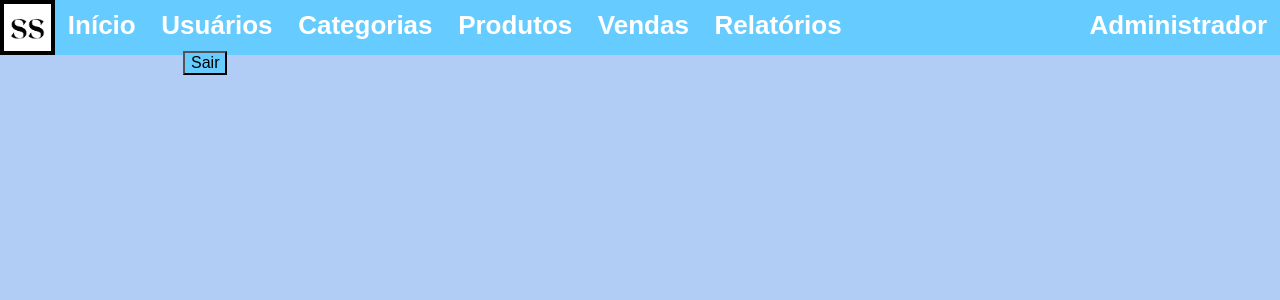
Repository: FaculdadeSenaiJoinville/PiMichelBaade
Page: ProjetoIndividual/WebContent/pages/admin/adminInicio.html
The author's editor kept a copy of each file at every save. The page is drawn from the files as they stood at one save, then again after the next save.
The browser window is 1280 px wide. The pictures show the whole page.

Above is the page before, as saved 2021-08-14 00:58:18.

After the next save:
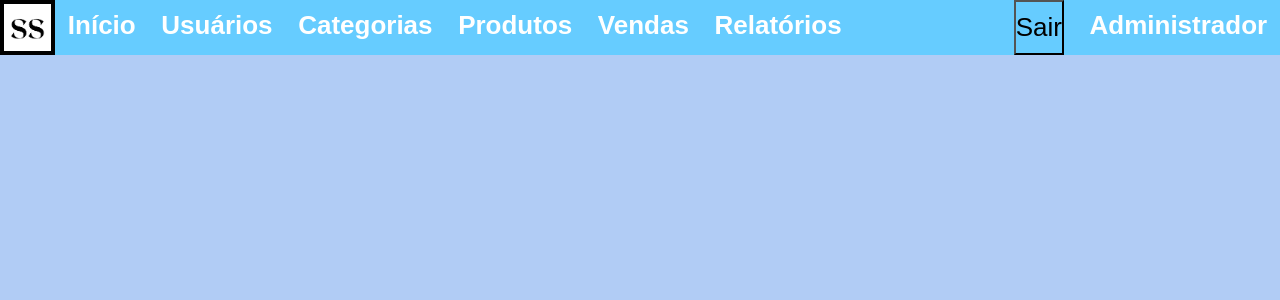
Saved 88 s later.
--- a/ProjetoIndividual/WebContent/pages/admin/adminInicio.html
+++ b/ProjetoIndividual/WebContent/pages/admin/adminInicio.html
@@ -19,7 +19,7 @@
 <a href="#"><div class="opcao">Vendas</div></a>
 <a href="#"><div class="opcao">Relatórios</div></a>
 <a href="#"><div class="usuario">Administrador</div></a>
-<button id="usuario">Sair</button>
+<button class="usuario">Sair</button>
 </nav>
 
 
